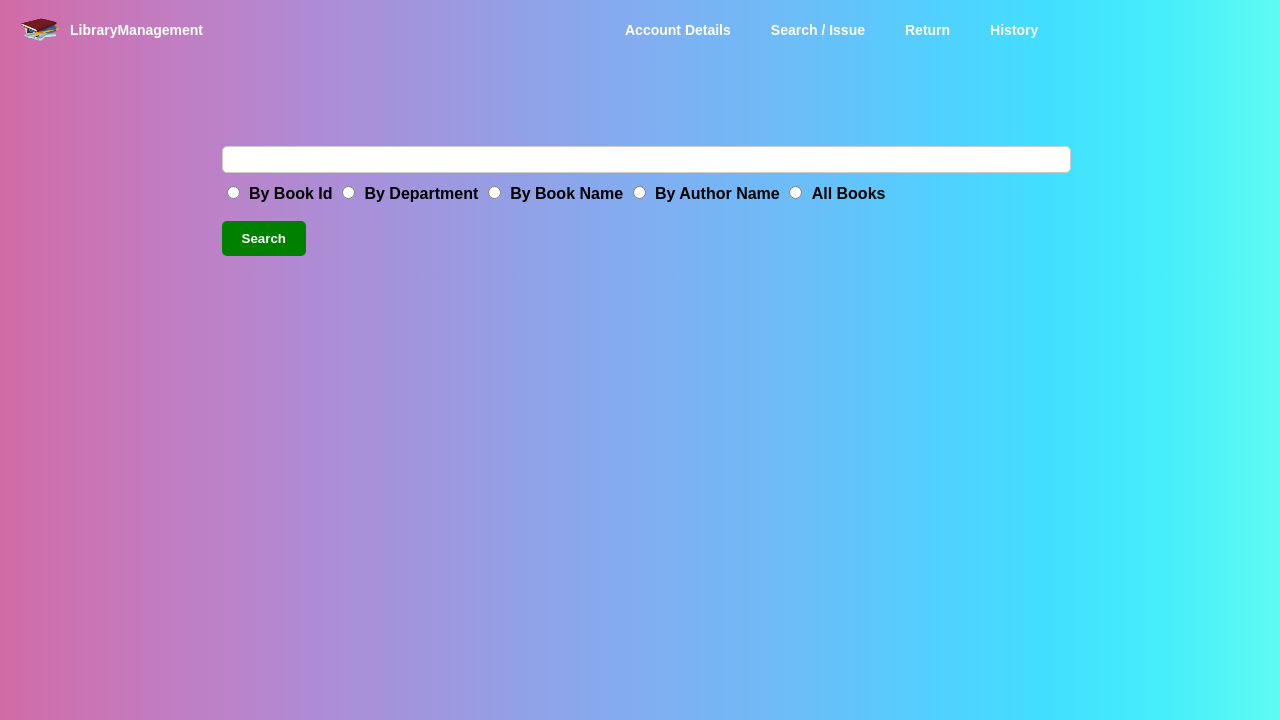
Repository: amitSai12/CMS
Page: http://localhost/LibraryManagementDemo/Search.jsp
These files come from the project's save history. The page is drawn as it stood at one moment and after the next save; the edit follows.
The browser window is 1280 px wide. The pictures show the whole page.
The page is served by Tomcat 9. Other server files are loaded and not shown.

Above is the page before, as saved 2023-10-01 21:53:08.

### Day1_Thu/LibraryManagementDemo/src/main/webapp/Search.jsp
<%@ page language="java" contentType="text/html; charset=ISO-8859-1"
    pageEncoding="ISO-8859-1"%>
<!DOCTYPE html>
<html>
<head>
<meta charset="ISO-8859-1">
<title>Insert title here</title>
<link rel="stylesheet" href="AllBooks.css">
</head>
<body>
<jsp:include page="Menu.jsp"/>
<br><br>
<form method="get" action="AllBooks.jsp" class="search-form">
<label for="searchvalue"></label>
  <input type='text' name='searchvalue' id="searchvalue">
  <input type="radio" name="searchtype" value="id" id="byId">
  <label for="byId">By Book Id</label>
  <input type="radio" name="searchtype" value="dept" id="byDept">
  <label for="byDept">By Department</label>
  <input type="radio" name="searchtype" value="bookname" id="byBookName">
  <label for="byBookName">By Book Name</label>
  <input type="radio" name="searchtype" value="authorname" id="byAuthorName">
  <label for="byAuthorName">By Author Name</label>
  <input type="radio" name="searchtype" value="all" id="allBooks">
  <label for="allBooks">All Books</label>
  <br><br>
  <input type='submit' value='Search' class="search-button">
</form>

</form>
</body>
</html>

### Day1_Thu/LibraryManagementDemo/src/main/webapp/Menu.jsp
<!DOCTYPE html PUBLIC "-//W3C//DTD HTML 4.01 Transitional//EN" "http://www.w3.org/TR/html4/loose.dtd">
<html>
<head>
<meta http-equiv="Content-Type" content="text/html; charset=ISO-8859-1">
<title>User Account Page</title>
<link rel="stylesheet" href="menu.css">
</head>
<body>


	<div class="logo">
		<img
			src="kisspng-book-clip-art-vector-books-5aa7e41834c997.8769820715209523442162.png"
			alt="Your Logo"> <span class="logo-text">LibraryManagement</span>

	<div class="menu">
		<div class="atwo">
			<a href="AccountDetails.jsp">Account Details</a>
		</div>
		<div class="atwo">
			<a href="Search.jsp">Search / Issue</a>
		</div>
		<div class="atwo">
			<a href="TranBook.jsp">Return</a>
		</div>
		<div class="atwo">
			<a href="History.jsp">History</a>
		</div>
	</div>
	</div>





</body>
</html>

### Day1_Thu/LibraryManagementDemo/src/main/webapp/AllBooks.css
/* Style the table */
table {
    width: 100%;
    border-collapse: collapse;
    border: 1px solid #ddd;
    font-family: Arial, sans-serif;
}

/* Style the table header row */
th {
    background-color: #f2f2f2;
    font-weight: bold;
    text-align: left;
    padding: 10px;
    border-bottom: 2px solid #ddd;
}

/* Style the table data rows */
td {
    padding: 10px;
    text-align: left;
    border-bottom: 1px solid #ddd;
}

/* Style alternate rows with a different background color */
tr:nth-child(even) {
    background-color: #f9f9f9;
}

/* Style the checkbox inputs */
input[type="checkbox"] {
    width: 16px;
    height: 16px;
    margin: 0;
}

/* Style the "NA" cells */
td:empty::before {
    content: "NA";
    color: #999;
}

/* Add hover effect on rows */
tr:hover {
    background-color: #e5e5e5;
}

.search-form {
  font-family: Arial, sans-serif;
  padding: 20px;
  border-radius: 10px;
 width: 837px;
  margin: 0 auto;
}

input[type="radio"] {
  margin-right: 5px;
}

label {
  font-weight: bold;
}

#searchvalue {
  width: 100%;
  padding: 5px;
  margin: 10px 0;
  border: 1px solid #ccc;
  border-radius: 5px;
}

.search-button {
  background-color: green;
  color: white;
  border: none;
  padding: 10px 20px;
  font-weight: bold;
  cursor: pointer;
  border-radius: 5px;
}

.search-button:hover {
  background-color: darkgreen;
}

### Day1_Thu/LibraryManagementDemo/src/main/webapp/menu.css
body {
    font-family: Arial, sans-serif;
background-image: linear-gradient(to right, #d16ba5, #c777b9, #ba83ca, #aa8fd8, #9a9ae1, #8aa7ec, #79b3f4, #69bff8, #52cffe, #41dfff, #46eefa, #5ffbf1);
	margin: 0;
    padding: 0;
}

.logo {

    display: flex;
    align-items: center;
    padding: 10px 20px;
    color: white;
    margin-bottom: 20px; /* Adjust margin to create space below the logo */

}

/* Style the logo image */
.logo img {
    width: 40px; /* Adjust the width as needed */
    height: 40px; /* Adjust the height as needed */
    margin-right: 10px; /* Add some spacing between the image and text */
}

/* Style the logo text */
.logo-text {
    font-size: 14px; /* Adjust the font size as needed */
    font-weight: bold; /* Make the text bold */
}

.menu {
	 position: fixed;
    display: flex;
    justify-content: flex-end; /* Move menu to the right top corner */
    padding: 10px 20px; /* Adjust padding as needed */
    border-radius: 31px;
   margin-left: 565px;
}

.menu a {
    text-decoration: none; /* Remove the default underline */
    color: white;
    font-weight: bold;
    padding: 10px 20px;
    border-radius: 5px;
    position: relative; /* Add relative positioning */
    transition: color 0.3s;/* Add transitions for color and background-color */
    font-size: 14px;
}

.menu a-text {
    font-size: 6px; /* Adjust the font size as needed */
    font-weight: bold;
}

.menu a::before {
    content: ""; /* Create an empty pseudo-element */
    position: absolute; /* Set absolute positioning */
    bottom: 0; /* Position it at the bottom */
    left: 10%; /* Align it with the left edge of the link */
    width: 0%; /* Initially, the width is 0% */
    height: 2px; /* Set the height of the underline */
   background-image: linear-gradient(to right, #1b009f, #131d93, #1b2a84, #273273, #323961, #353b57, #393d4d, #3d3e42, #3c3c3f, #3a3a3c, #39393a, #373737); /* Color of the underline */
    transition: width 0.5s ease; /* Add a transition for width */
}

.menu a:hover {
 color:rgb(255, 255, 255);
}

.menu a:hover::before {
    width: 80%; /* Expand the width of the underline on hover */
}



/* Rest of your CSS styles */
/* ... */

/* Style the Issue and Return buttons */
input#issue,
input#return {
    background: linear-gradient(to bottom, rgb(0, 0, 128), rgb(0, 0, 255));
    width: 20%;
    border-radius: 29px;
    color: white;
    height: 40px;
    border: 2px;
    cursor: pointer;
    transition: background-color 0.3s ease;
    font-weight: bold;
}

input#issue:hover,
input#return:hover {
    background: linear-gradient(to bottom, rgb(0, 128, 255), rgb(0, 255, 255));
}

After the next save:
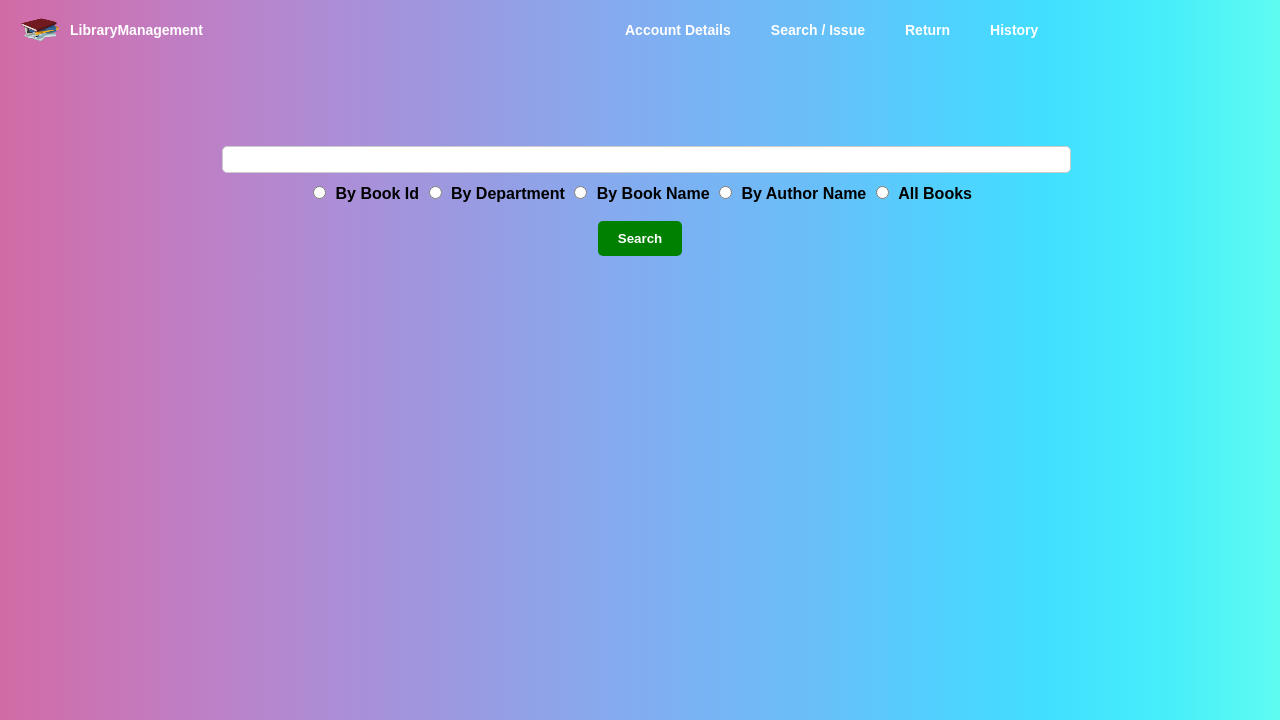
Saved 38 s later.
--- a/Day1_Thu/LibraryManagementDemo/src/main/webapp/Search.jsp
+++ b/Day1_Thu/LibraryManagementDemo/src/main/webapp/Search.jsp
@@ -12,6 +12,7 @@
 <br><br>
 <form method="get" action="AllBooks.jsp" class="search-form">
 <label for="searchvalue"></label>
+<center>
   <input type='text' name='searchvalue' id="searchvalue">
   <input type="radio" name="searchtype" value="id" id="byId">
   <label for="byId">By Book Id</label>
@@ -25,8 +26,8 @@
   <label for="allBooks">All Books</label>
   <br><br>
   <input type='submit' value='Search' class="search-button">
+  </center>
 </form>
 
-</form>
 </body>
 </html>
